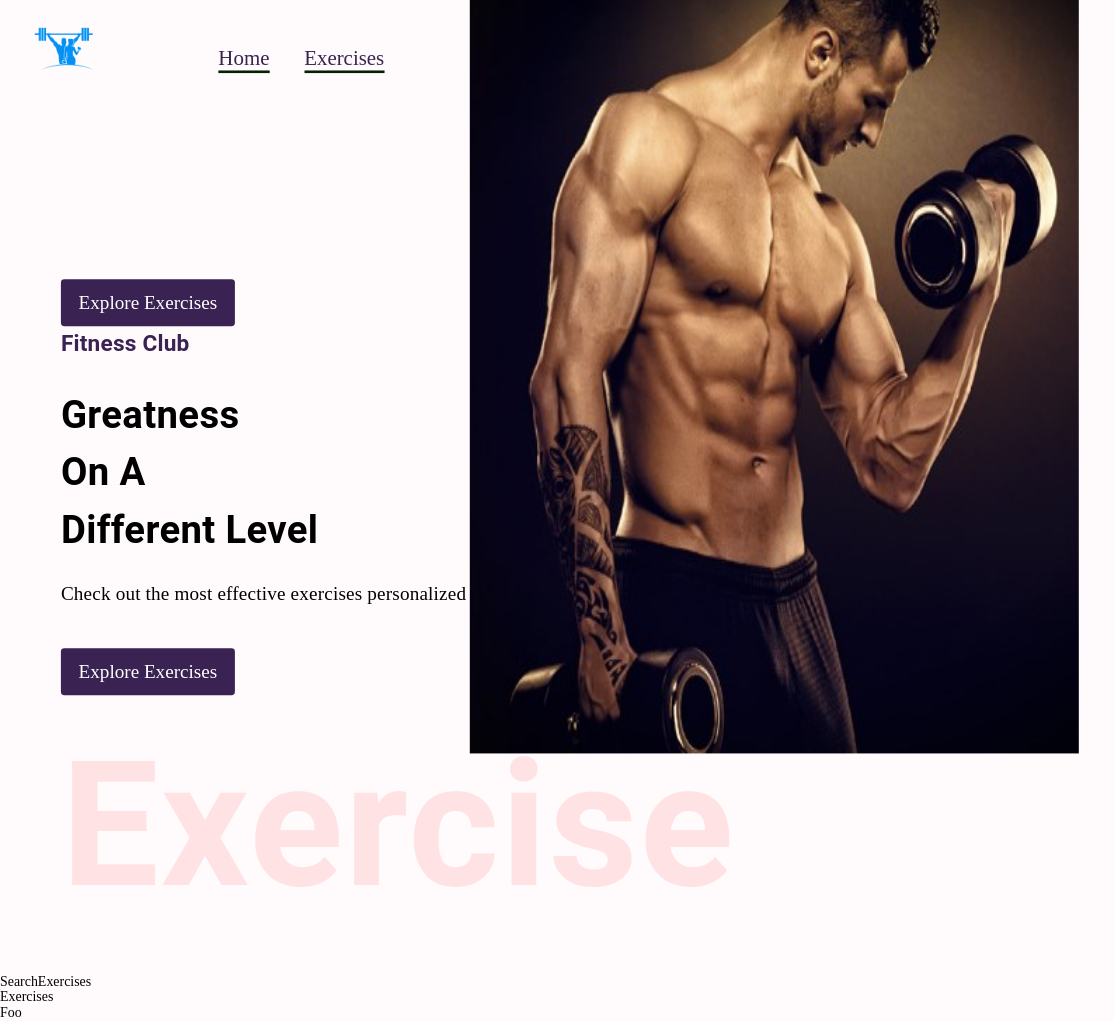
Repository: MhlengiNgubane/Workout-App
Page: /
The author's editor kept a copy of each file at every save. The page is drawn from the files as they stood at one save, then again after the next save.
The browser window is 1280 px wide. The pictures show the whole page, at 87% of full size.
The project was rebuilt for these pictures with package versions that can differ from the ones it lists, and the page was loaded fresh each time. Also part of the build but not shown: src/pages/ExerciseDetail.js.

Above is the page before, as saved 2022-08-01 08:59:15.

After the next save:
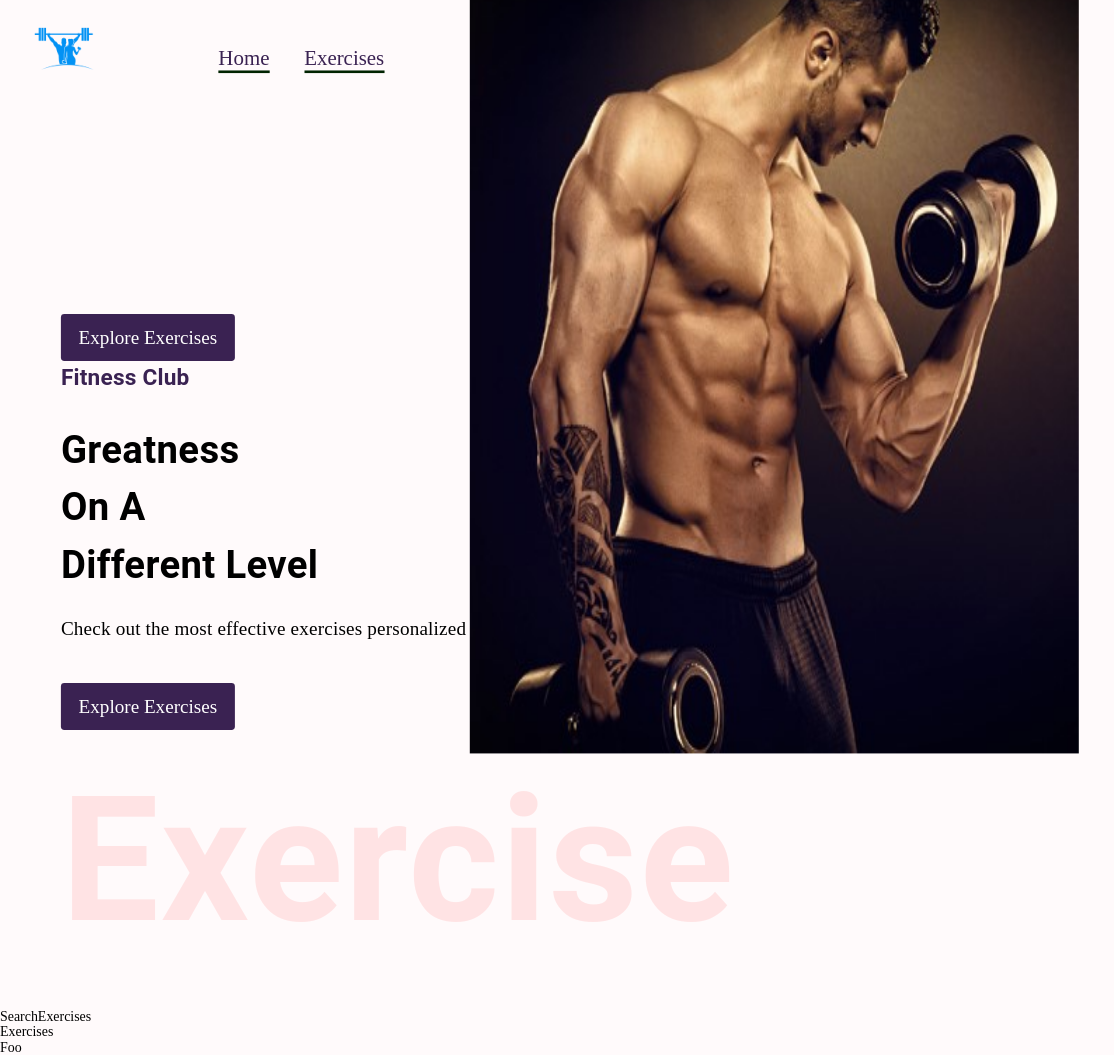
Saved 15 s later.
--- a/src/components/HeroBanner.js
+++ b/src/components/HeroBanner.js
@@ -5,7 +5,7 @@
 const HeroBanner = () => (
   <Box sx={{ mt: { lg: '212px', xs: '70px' }, ml: { sm: '50px' } }} position="relative" p="20px">
     <Stack>
-      <a href="exercises" style={{ marginTop: '5px', textDecoration: 'none', width: '200px', textAlign: 'center', background: '#3A2252', padding: '14px', fontSize: '22px', textTransform: 'none', color: 'white', borderRadius: '4px' }}>Explore Exercises</a>
+      <a href="exercises" style={{ marginTop: '45px', textDecoration: 'none', width: '200px', textAlign: 'center', background: '#3A2252', padding: '14px', fontSize: '22px', textTransform: 'none', color: 'white', borderRadius: '4px' }}>Explore Exercises</a>
     </Stack>
     <Typography color="#3A2252" fontWeight="600" fontSize="26px">Fitness Club</Typography>
     <Typography fontWeight={700} sx={{ fontSize: { lg: '44px', xs: '40px' } }} mb="23px" mt="30px">

After the save that followed:
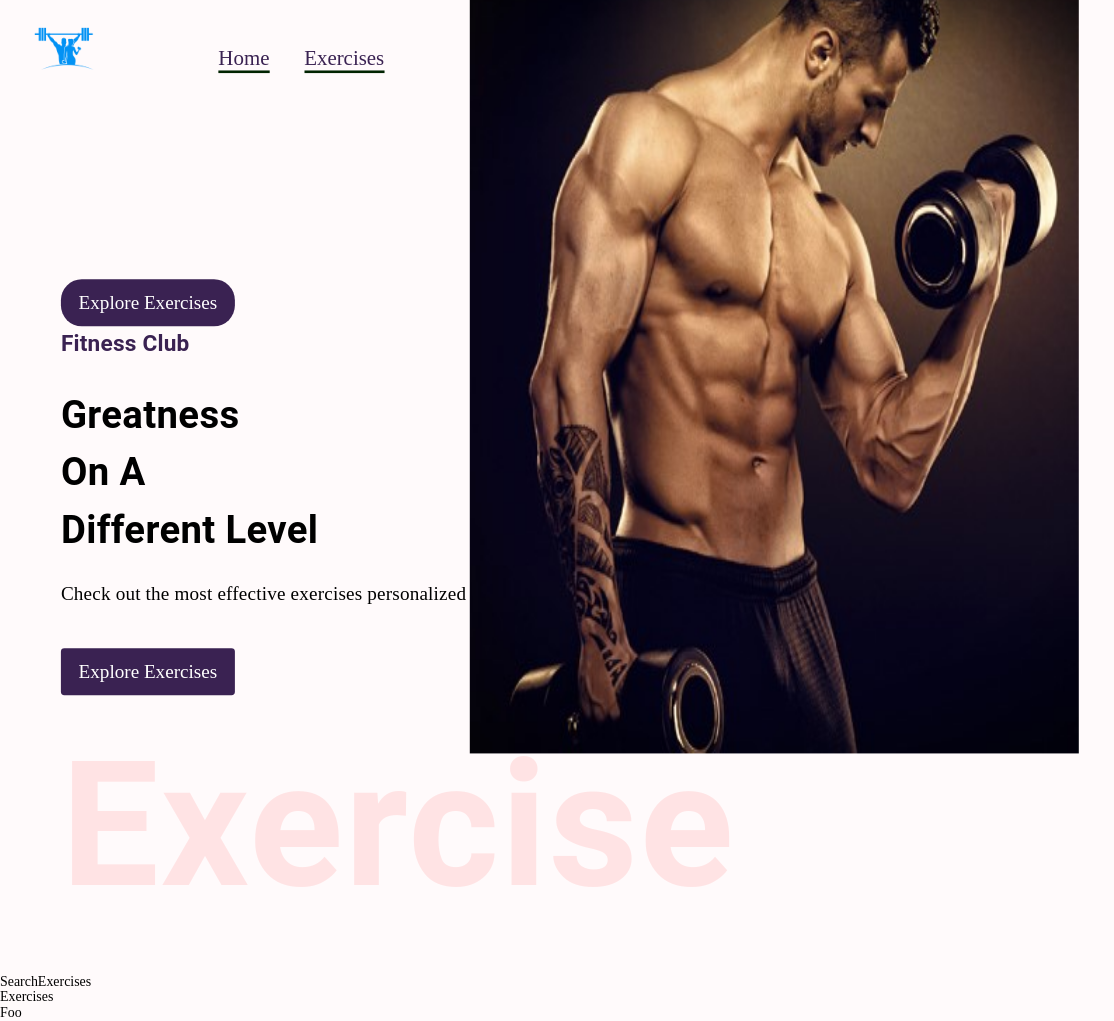
Saved 6 s later.
--- a/src/components/HeroBanner.js
+++ b/src/components/HeroBanner.js
@@ -5,7 +5,7 @@
 const HeroBanner = () => (
   <Box sx={{ mt: { lg: '212px', xs: '70px' }, ml: { sm: '50px' } }} position="relative" p="20px">
     <Stack>
-      <a href="exercises" style={{ marginTop: '45px', textDecoration: 'none', width: '200px', textAlign: 'center', background: '#3A2252', padding: '14px', fontSize: '22px', textTransform: 'none', color: 'white', borderRadius: '4px' }}>Explore Exercises</a>
+      <a href="exercises" style={{ marginTop: '5px', textDecoration: 'none', width: '200px', textAlign: 'center', background: '#3A2252', padding: '14px', fontSize: '22px', textTransform: 'none', color: 'white', borderRadius: '24px' }}>Explore Exercises</a>
     </Stack>
     <Typography color="#3A2252" fontWeight="600" fontSize="26px">Fitness Club</Typography>
     <Typography fontWeight={700} sx={{ fontSize: { lg: '44px', xs: '40px' } }} mb="23px" mt="30px">
